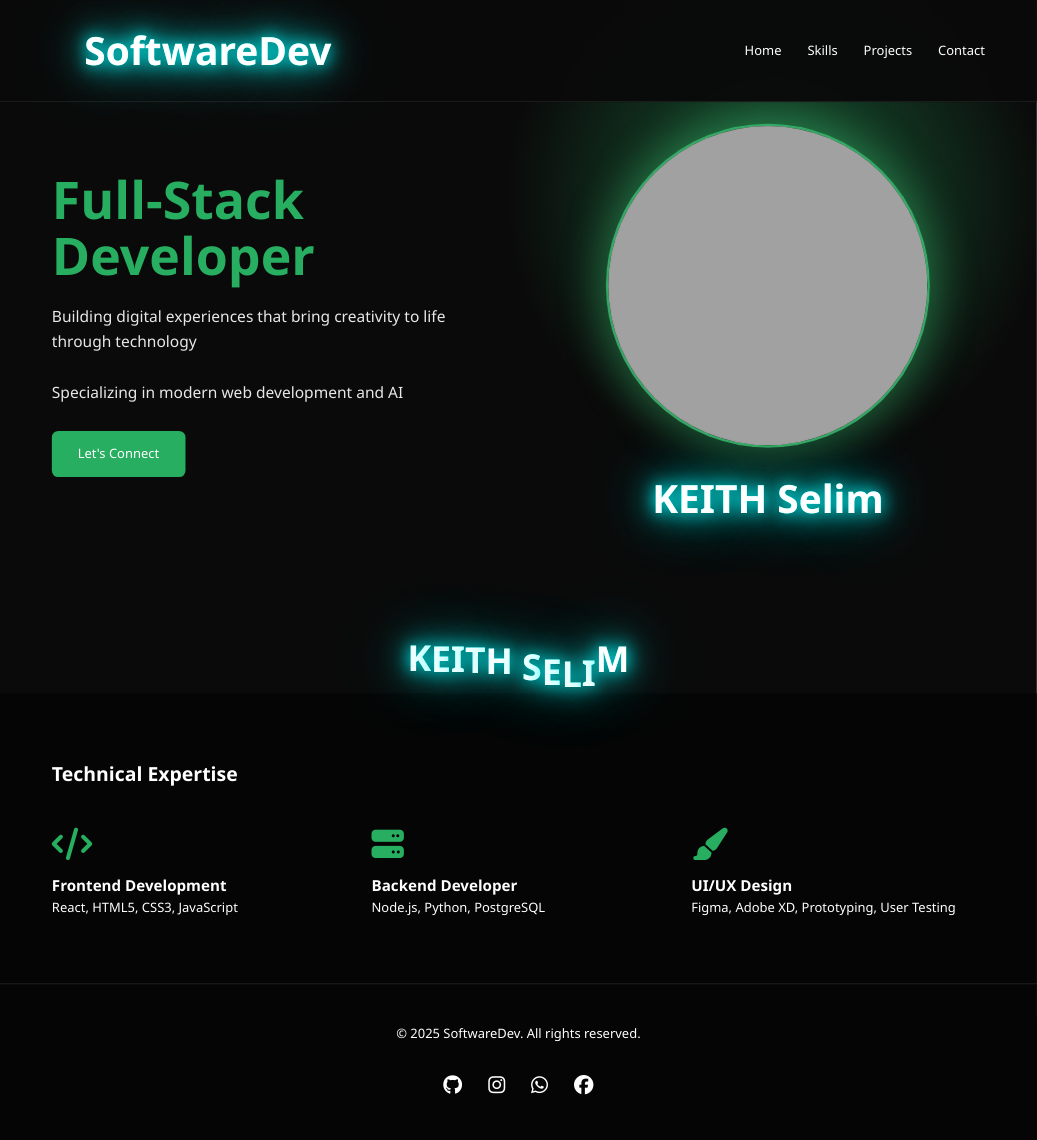
Repository: PEEZYBEE/my-react-portfolio
Page: /
These files come from the project's save history. The page is drawn as it stood at one moment and after the next save; the edit follows.
The browser window is 1280 px wide. The pictures show the whole page, at 81% of full size.
Pictures or frames that could not be fetched are drawn as grey boxes. The project was rebuilt for these pictures with package versions that can differ from the ones it lists, and the page was loaded fresh each time. Also part of the build but not shown: vite.config.js.

Above is the page before, as saved 2025-04-21 01:15:36.

After the next save:
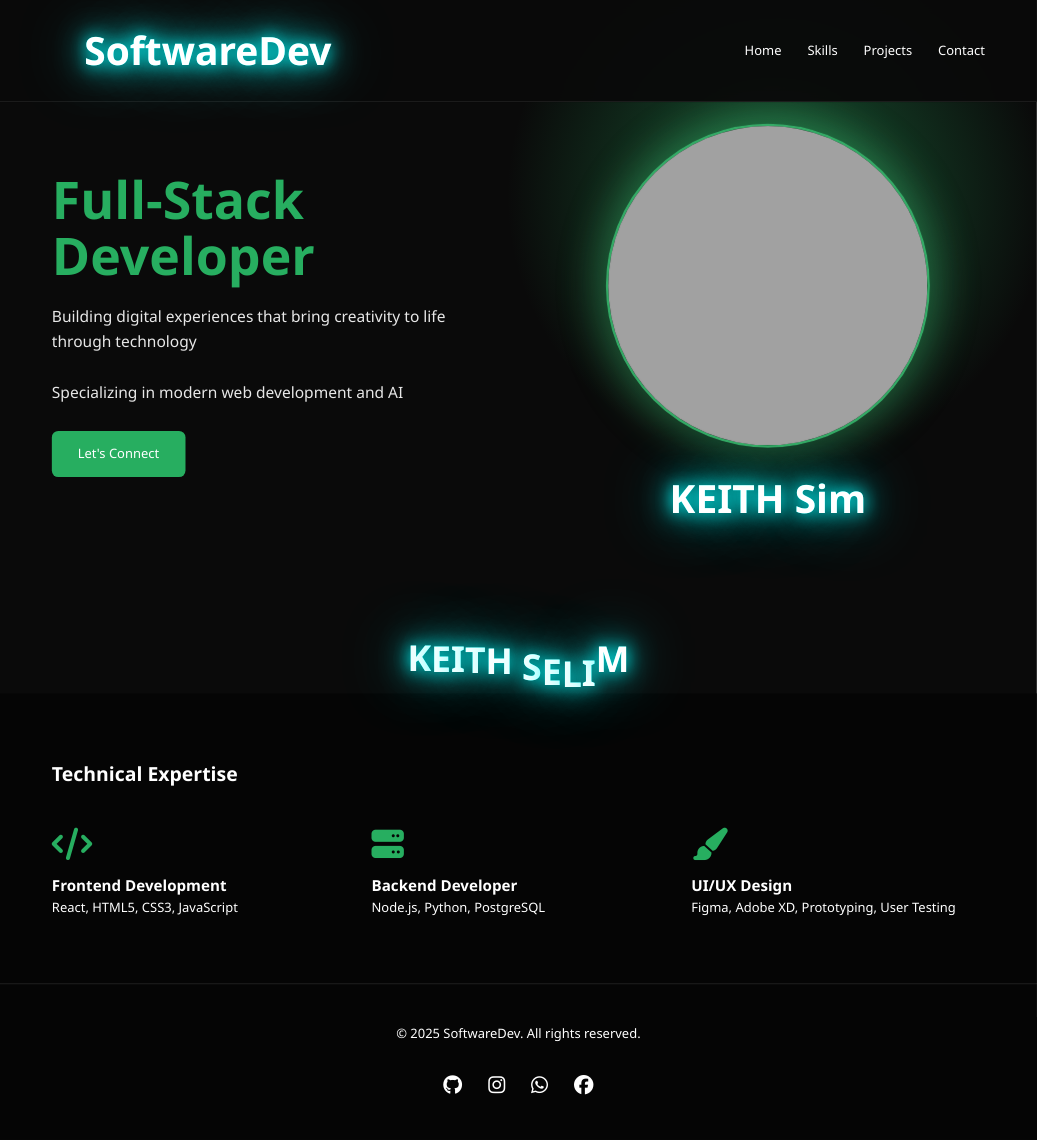
Saved 5 s later.
--- a/src/components/Hero.jsx
+++ b/src/components/Hero.jsx
@@ -14,7 +14,7 @@ const Hero = () => {
       <div className="hero-image-container">
         <img src="profile.jpg" alt="Profile" className="profile-img" />
         <div className="name-banner">
-          <h2>KEITH Selim</h2>
+          <h2>KEITH Sim</h2>
         </div>
       </div>
     </section>
